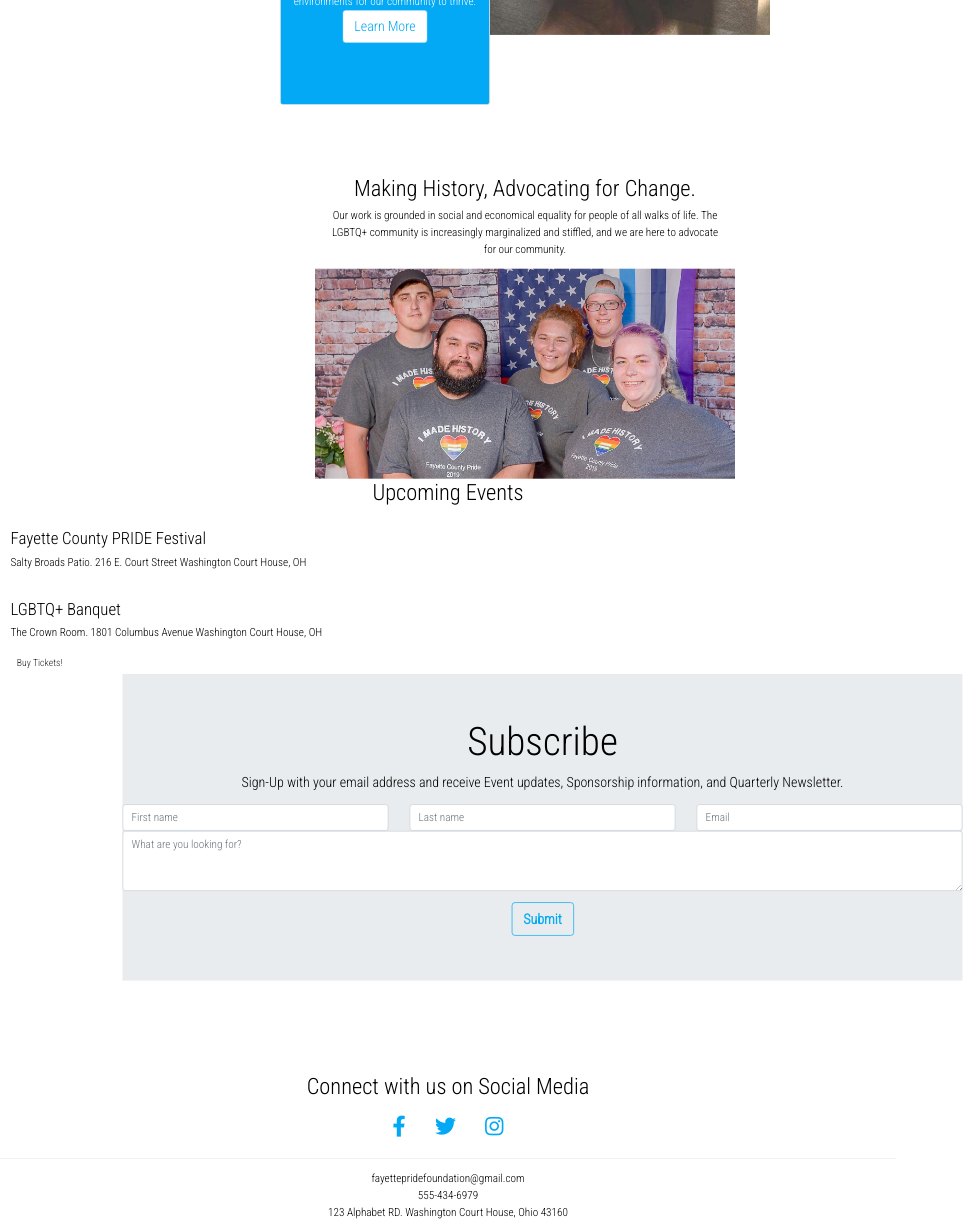
Repository: Code-Institute-Submissions/https-github.com-callendera-Milestone-Project-2
Page: index.html
The author's editor kept a record of every edit. The page is drawn from the files as they stood at one moment, then again after the next edit.
The browser window is 1280 px wide. The page is 1390 px wide, so the pictures cover 1390 px, including what lies to the right of the window. The pictures show the part of the page from y = 2207 to 3967 px (the page is 3967 px tall before and 3936 px after), at 70% of full size.
Backgrounds fixed to the window are drawn as part of the page. Some web libraries are served in a nearby version.

Above is the page before.

After the next edit:
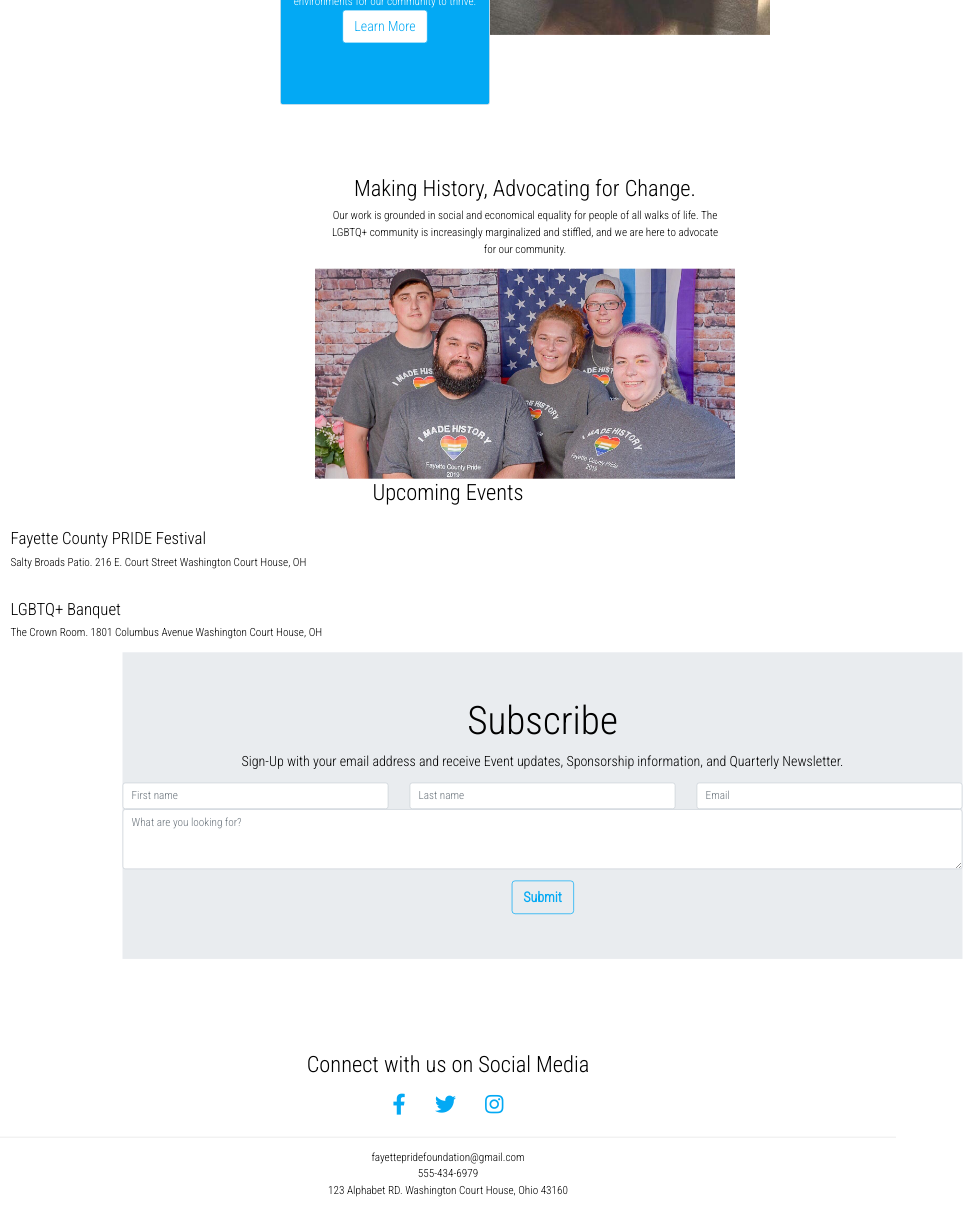
The edit:
--- a/index.html
+++ b/index.html
@@ -145,7 +145,7 @@
                     <h4> LGBTQ+ Banquet</h4>
                     <p>The Crown Room. 1801 Columbus Avenue Washington Court House, OH</p>
                     <!--this button link allows the user to buy tickets when they see a concert they would like to attend.-->
-                    <a class="btn btn-sm my-nav-btn buy-btn" href="https://www.songkick.com/concerts/36260244-monkees-at-great-hall-auckland-town-hall" target="_blank">Buy Tickets!</a>
+
 
                 </div>
         </div>

After the 3 edits that followed:
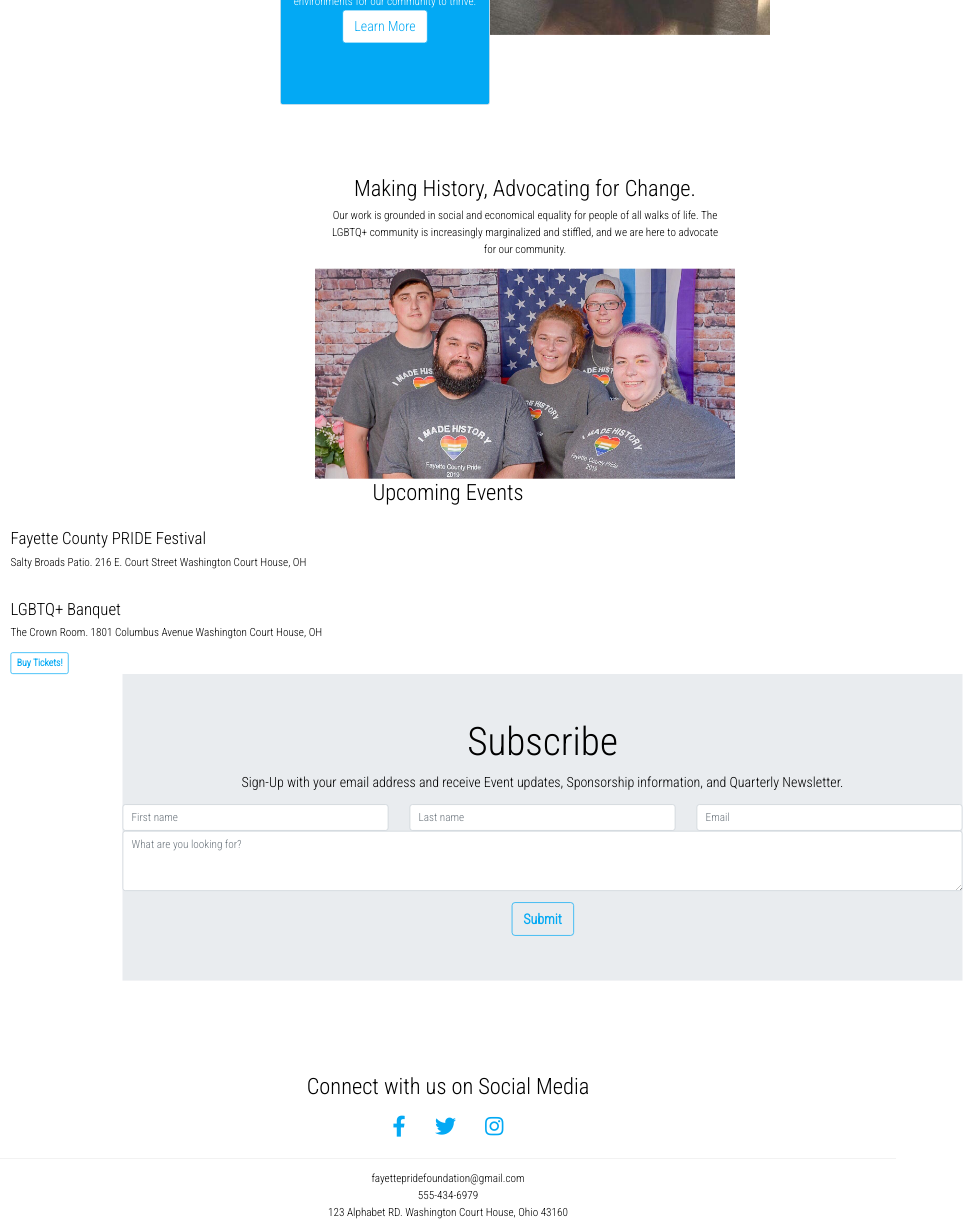
The 3 edits are shown as one change because 2 left the picture as it was.
The edit:
--- a/index.html
+++ b/index.html
@@ -135,17 +135,16 @@
                     <br>
                     <h4>Fayette County PRIDE Festival</h4>
                     <p>Salty Broads Patio. 216 E. Court Street Washington Court House, OH</p>
-                    <!--this button link allows the user to buy tickets when they see a concert they would like to attend.-->
 
                 </div>
 
                 <!--my-timeline-item is my class name to allow my own personal style for each timeline item. The date is then given in the dive tp allow the timeline to occur in order from earliest date to latest date-->
-                <div class="timeline-item my-timeline-item" data-dates="Sunday 09 June 2019">
+                <div class="timeline-item my-timeline-item" data-dates="Saturday 27 June 2020">
                     <br>
                     <h4> LGBTQ+ Banquet</h4>
                     <p>The Crown Room. 1801 Columbus Avenue Washington Court House, OH</p>
                     <!--this button link allows the user to buy tickets when they see a concert they would like to attend.-->
-
+                    <a class="btn btn-sm my-btn" href="//" target="_blank">Buy Tickets!</a>
 
                 </div>
         </div>
